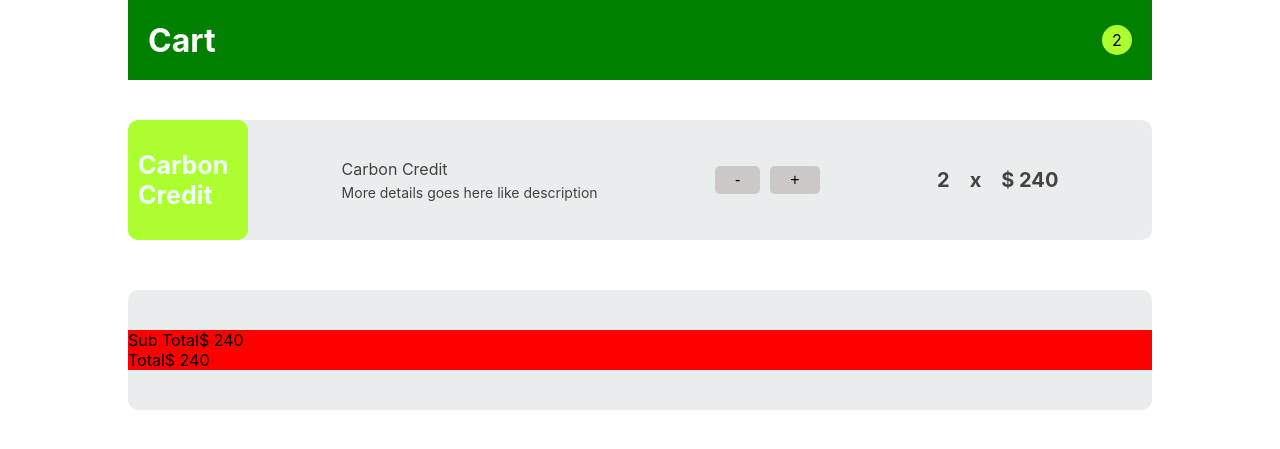
Repository: Yowani24/CarbonApp
Page: /cart
The author's editor kept a copy of each file at every save. The page is drawn from the files as they stood at one save, then again after the next save.
The browser window is 1280 px wide. The pictures show the whole page.
The project was rebuilt for these pictures with package versions that can differ from the ones it lists, and the page was loaded fresh each time. The framework's server and built-in components were replaced by stand-ins that run in the browser. Also part of the build but not shown: next.config.js.

Above is the page before, as saved 2021-09-26 21:06:09.

After the next save:
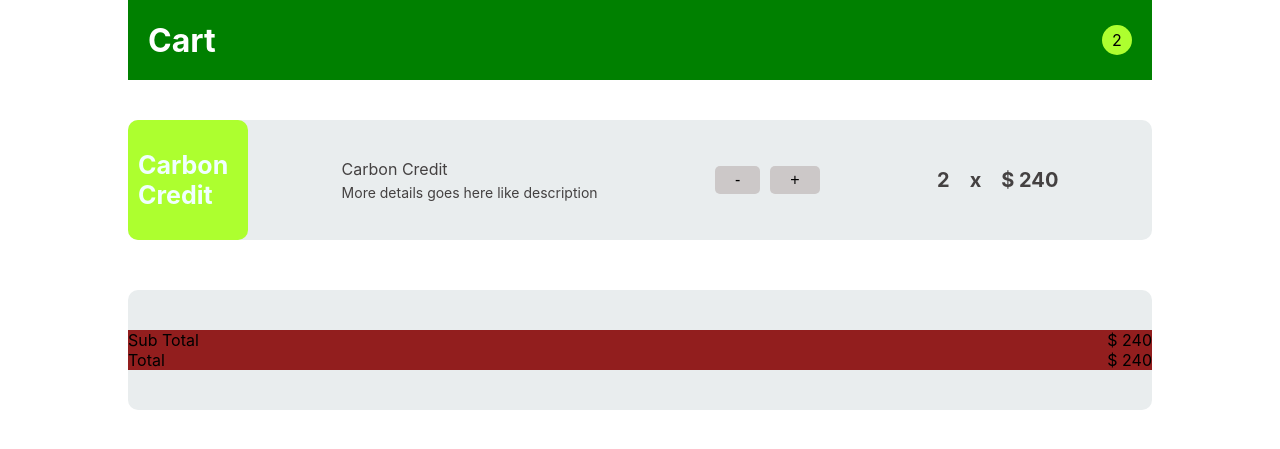
Saved 21 s later.
--- a/pages/cart/Cart.module.css
+++ b/pages/cart/Cart.module.css
@@ -97,5 +97,7 @@
 
 .total_to_pay_box span{
     display: flex;
-    background: red;
+    background: rgb(146, 30, 30);
+    justify-content: space-between;
+
 }
